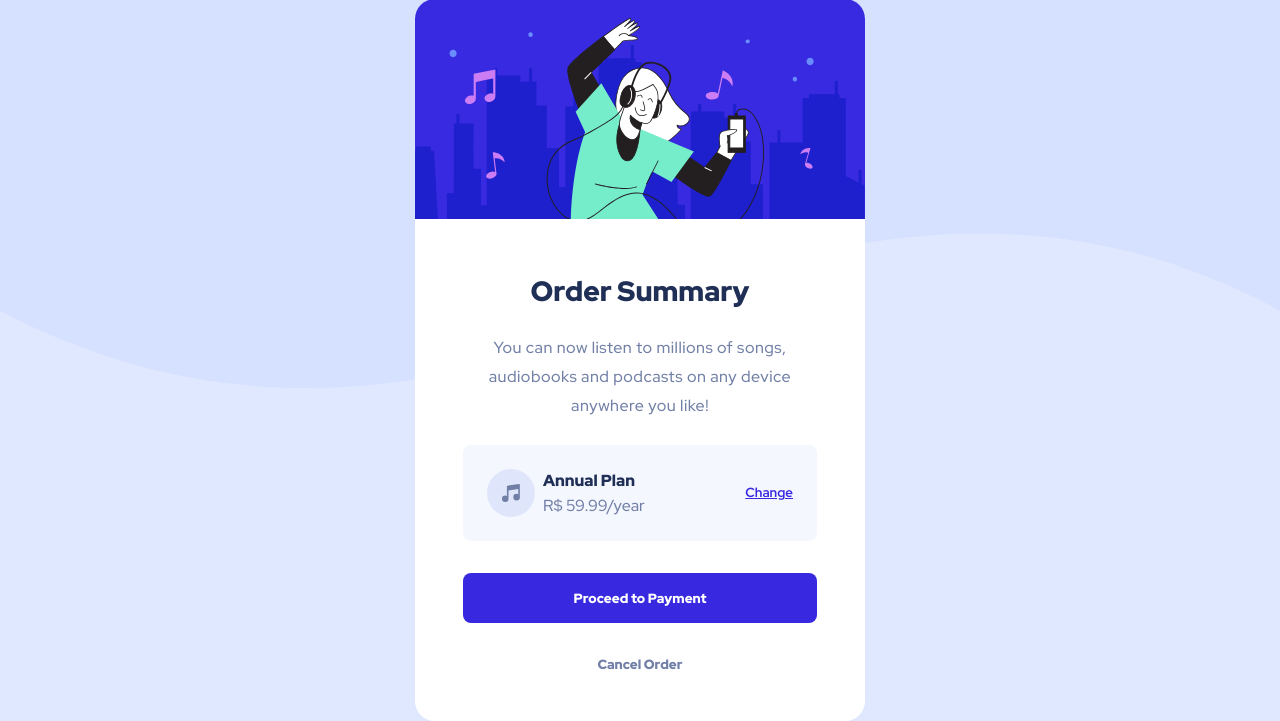
Repository: gccavalheiro/order-summary-card
Page: index.html
An editor plug-in stored every save of this project. The page is shown before and after the next save, followed by the edit.
The browser window is 1280 px wide. The pictures show the whole page.

Above is the page before, as saved 2021-12-17 02:31:07.

After the next save:
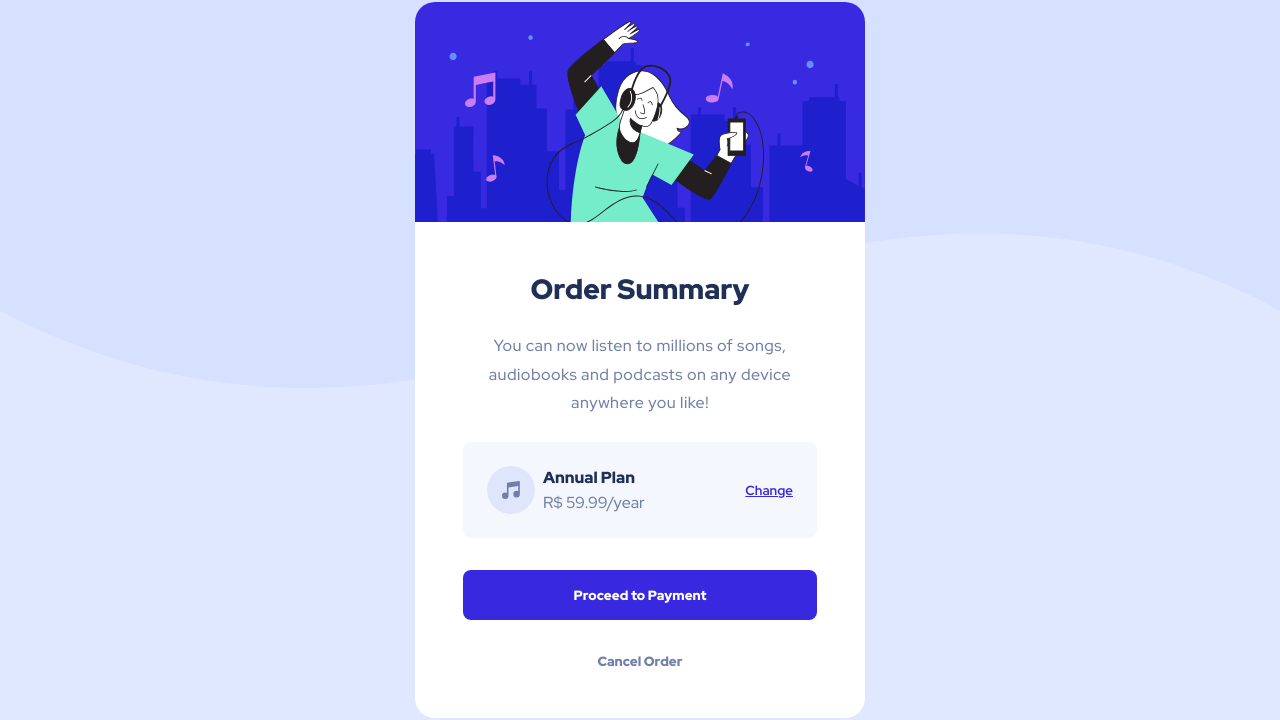
Saved 42 s later.
--- a/assets/css/main.css
+++ b/assets/css/main.css
@@ -62,6 +62,7 @@ main {
   border-top-left-radius: 20px;
   border-top-right-radius: 20px;
   overflow: hidden;
+  line-height: 0;
 }
 
 .card-body {
